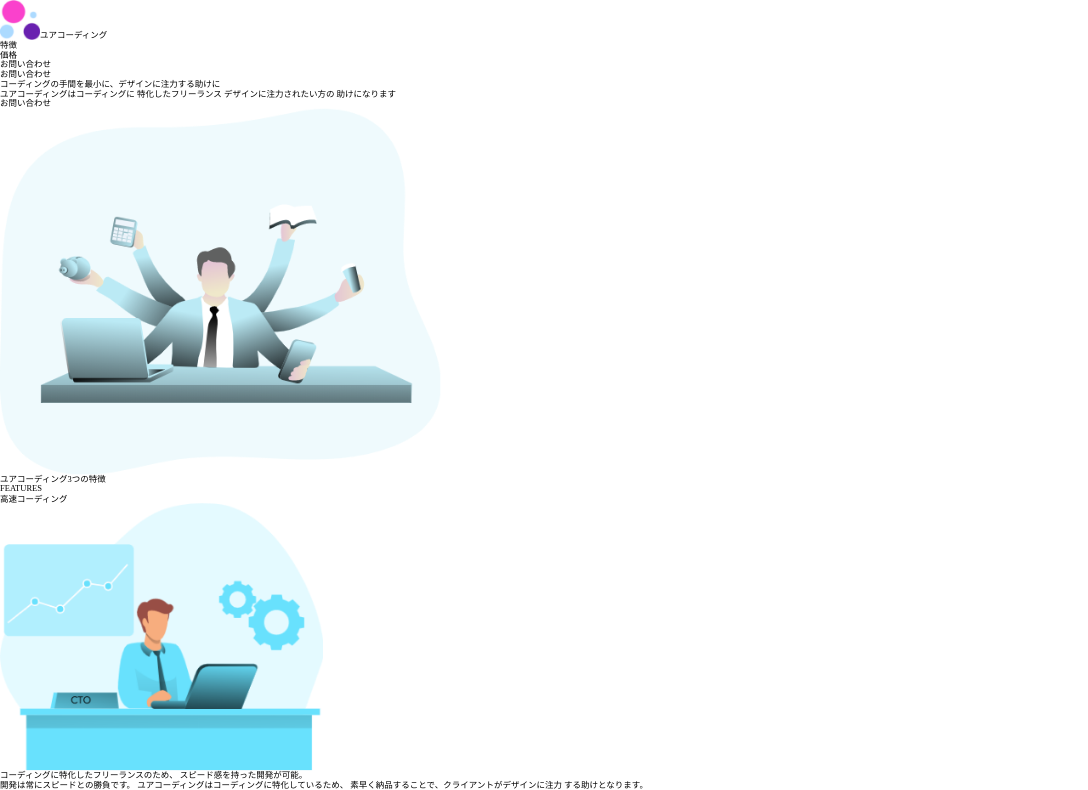
Repository: mosak0217/your-coding
Page: index.html
An editor plug-in stored every save of this project. The page is shown before and after the next save, followed by the edit.
The browser window is 1280 px wide. The pictures show the whole page, at 85% of full size.
The style sheet was rebuilt from its Sass, Less or Tailwind sources for each picture, by a compiler version that may differ from the author's.

Above is the page before, as saved 2022-07-26 20:45:55.

After the next save:
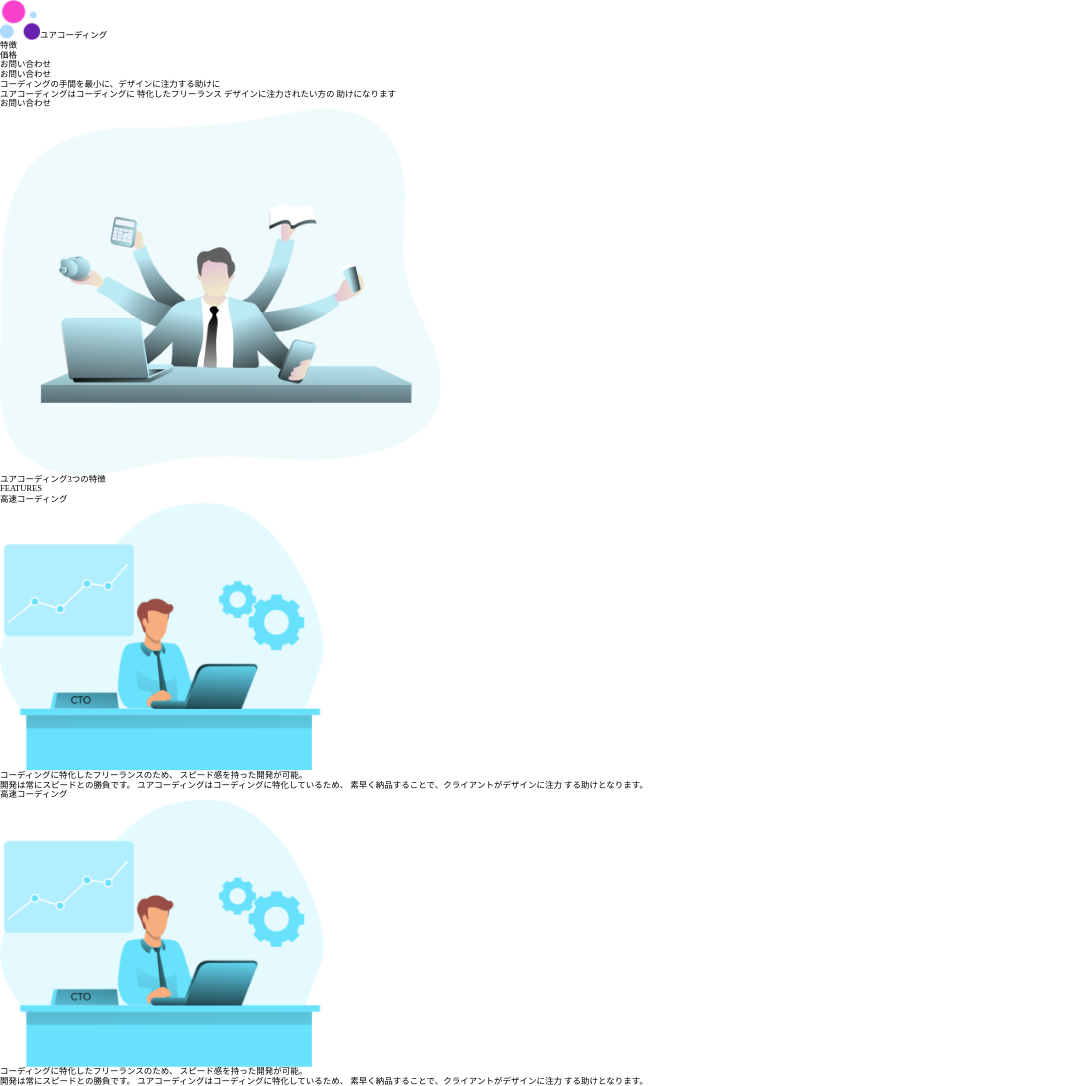
Saved 30 s later.
--- a/index.html
+++ b/index.html
@@ -59,6 +59,19 @@
               する助けとなります。</p>
         </div><!--features-txtarea-->
       </div><!--features-cont-->
+      <h2 class="features-cont-title">高速コーディング</h2>
+
+      <div class="features-cont">
+        <img class="features-img" src="img/cto.png" alt="高速コーディング画像">
+        <div class="features-txtarea">
+          <h3 class="features-txtarea-concept">コーディングに特化したフリーランスのため、
+            スピード感を持った開発が可能。</h3>
+            <p>開発は常にスピードとの勝負です。
+              ユアコーディングはコーディングに特化しているため、
+              素早く納品することで、クライアントがデザインに注力
+              する助けとなります。</p>
+        </div><!--features-txtarea-->
+      </div><!--features-cont-->
 
     </div><!--features-inner-->
 
